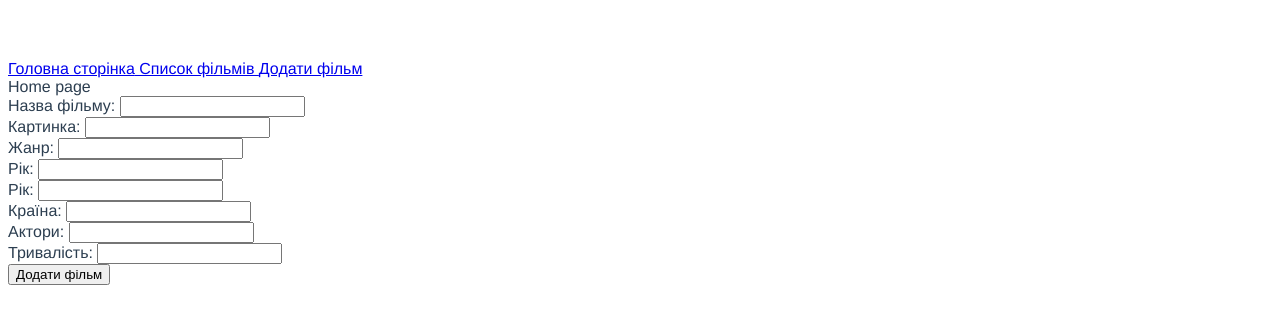
Repository: kristinap8/movies-gallery
Page: /
An editor plug-in stored every save of this project. The page is shown before and after a run of saves, followed by the edit.
The browser window is 1280 px wide. The pictures show the whole page.
The project was rebuilt for these pictures with package versions that can differ from the ones it lists, and the page was loaded fresh each time. Also part of the build but not shown: src/pages/Movie/index.vue, src/pages/AddMovie/index.vue, src/pages/AllMovies/index.vue.

Above is the page before, as saved 2020-10-30 17:45:19.

### src/main.js
import Vue from 'vue'
import App from './App.vue'
import store from "./store"
import router from "./router"

Vue.config.productionTip = false

new Vue({
  store,
  router,
  render: h => h(App),
}).$mount('#app')

### src/App.vue
<template>
  <div id="app">
    <!-- <movie-info name="Lovers" image="https://encrypted-tbn0.gstatic.com/images?q=tbn%3AANd9GcTaZ1JMDsCvFaowUQKz6TLrIiJHqpilkDsDEg&usqp=CAU"
    year=2001 duration=120 genre="Comedy" :actors='["juou","hjyhfg"]'>
    </movie-info> -->
    <div>
     <router-link to="/"> Головна сторінка</router-link>
     <router-link to="/all_movies"> Список фільмів </router-link>
     <router-link to="/add_movie"> Додати фільм </router-link>
    </div>
    <div>
     <router-view/>
    </div>
  </div>
</template>

<script>


export default {
  name: 'App',
  components: {

  }
}
</script>

<style>
#app {
  font-family: Avenir, Helvetica, Arial, sans-serif;
  -webkit-font-smoothing: antialiased;
  -moz-osx-font-smoothing: grayscale;
  color: #2c3e50;
  margin-top: 60px;
}
</style>

### src/store/index.js
import Vue from "vue";
import Vuex from "vuex";
import { uuid } from 'uuid'

Vue.use(Vuex);

const store=new Vuex.Store({
    state:{
       moviesList:[
           {
               id:1,
               name:"Джокер",
               image:"https://upload.wikimedia.org/wikipedia/ru/thumb/6/6f/%D0%94%D0%B6%D0%BE%D0%BA%D0%B5%D1%80_%28%D1%84%D0%B8%D0%BB%D1%8C%D0%BC_%D0%A2%D0%BE%D0%B4%D0%B4%D0%B0_%D0%A4%D0%B8%D0%BB%D0%BB%D0%B8%D0%BF%D1%81%D0%B0%29.jpg/202px-%D0%94%D0%B6%D0%BE%D0%BA%D0%B5%D1%80_%28%D1%84%D0%B8%D0%BB%D1%8C%D0%BC_%D0%A2%D0%BE%D0%B4%D0%B4%D0%B0_%D0%A4%D0%B8%D0%BB%D0%BB%D0%B8%D0%BF%D1%81%D0%B0%29.jpg",
               genre:"Драма",
               year:2019,
               country:"США",
               actors:["Роберт де Ніро","Хоакін Фенікс","Ши Уигхем"],
               duration:122
           },
           {
            id:2,
            name:"Воно",
            image:"https://media.socastsrm.com/wordpress/wp-content/blogs.dir/679/files/2019/09/it_chapter_two_pennywise_poster.png",
            genre:"Триллер",
            year:2017,
            country:"США",
            actors:["Білл Скарсгард","Ері Коен","Хавйер Ботет"],
            duration:135
           },
           {
            id:3,
            name:"Форсаж 8",
            image:"https://img.odessa1.com/images/events/326x464/m2-17534-1.jpg",
            genre:"Бойовик",
            year:2017,
            country:"США",
            actors:["Він Дизель","Джейсон Стейтем","Дуейн Джонсон"],
            duration:136
           }
       ]
    },
    mutations:{
        addMovie(state, data) {
            state.moviesList.push({
              id: uuid(),
              ...data,
            })
          },
    },
    actions:{
        addMovie({ commit }, movie) {
            commit('addMovie', movie)
          },
    },
    getters:{

    },
    modules:{

    }
})

export default store;

### src/router.js
import Vue from "vue";
import VueRouter from "vue-router";

import Home from "@/pages/Home";
import Movie from "@/pages/Movie";
import AddMovie from "@/pages/AddMovie";
import AllMovies from "@/pages/AllMovies";

Vue.use(VueRouter);

const routes=[
    {
        path:"/",
        name:'home',
        component:Home
    },
    {
        path:"/all_movies",
        name:'all-movies',
        component:AllMovies
    },
    {
        path:"/add_movie",
        name:'add-movie',
        component:AddMovie
    },
    {
        path:"/movie/:movie_id",
        name:'movie',
        component:Movie
    }
];
const router=new VueRouter({
    mode:"history",
    routes
});

export default router;

### src/pages/Home/index.vue
<template>
    <div>
       Home page
       <AddMovieForm/>
    </div>
</template>

<script>
import AddMovieForm from "../../components/AddMovieForm"
    export default {
        name:"Home",
        components:{
            AddMovieForm
        }
    }
</script>

<style lang="scss" scoped>

</style>

### src/components/AddMovieForm/index.vue
<template>
    <div>
     <div>
      <label>
        Назва фільму:
        <input type="text" v-model="name" />
      </label>
    </div>
    <div>
      <label>
        Картинка:
        <input type="text" v-model="image" />
      </label>
    </div>
    <div>
      <label>
        Жанр:
        <input type="text" v-model="genre" />
      </label>
    </div>
    <div>
      <label>
        Рік:
        <input type="text" v-model="year" />
      </label>
    </div>
    <div>
      <label>
        Рік:
        <input type="text" v-model="year" />
      </label>
    </div>
    <div>
      <label>
         Країна:
        <input type="text" v-model="country" />
      </label>
    </div>
    <div>
      <label>
        Актори:
        <input type="text" v-model="actors" />
      </label>
    </div>
     <div>
      <label>
        Тривалість:
        <input type="text" v-model="duration" />
      </label>
    </div>
    <button @click="onAddMovie">
      Додати фільм
    </button>
    </div>
</template>

<script>
import { mapActions } from 'vuex'

    export default {
        name:"AddMovieForm",
        data() {
          return {
           name:null,
           image:null,
           genre:null,
           year:null,
           country:null,
           actors:null,
           duration:null
           }
        },
        methods:{
        ...mapActions(['addMovie']),
        onAddMovie(){
            const{name,image,genre,year,country,actors,duration}=this
            this.addMovie({
                name,
                image,
                genre,
                year,
                country,
                actors,
                duration
            })
        }
        }
    }

</script>

<style lang="scss" scoped>

</style>

Loaded but not shown: public/index.html (common file)

After the next 2 saves:
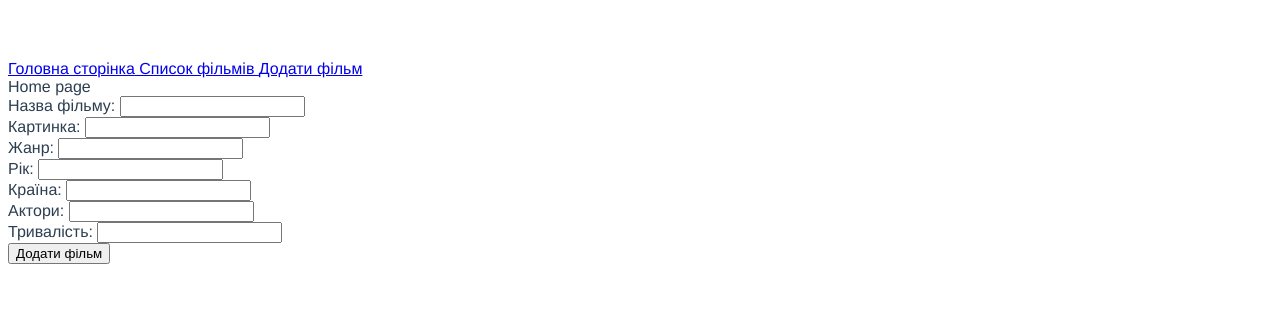
The 2 saves are shown as one change because 1 did not build or start.
The last was saved 13 min 19 s later.
--- a/src/components/AddMovieForm/index.vue
+++ b/src/components/AddMovieForm/index.vue
@@ -16,12 +16,6 @@
       <label>
         Жанр:
         <input type="text" v-model="genre" />
-      </label>
-    </div>
-    <div>
-      <label>
-        Рік:
-        <input type="text" v-model="year" />
       </label>
     </div>
     <div>
